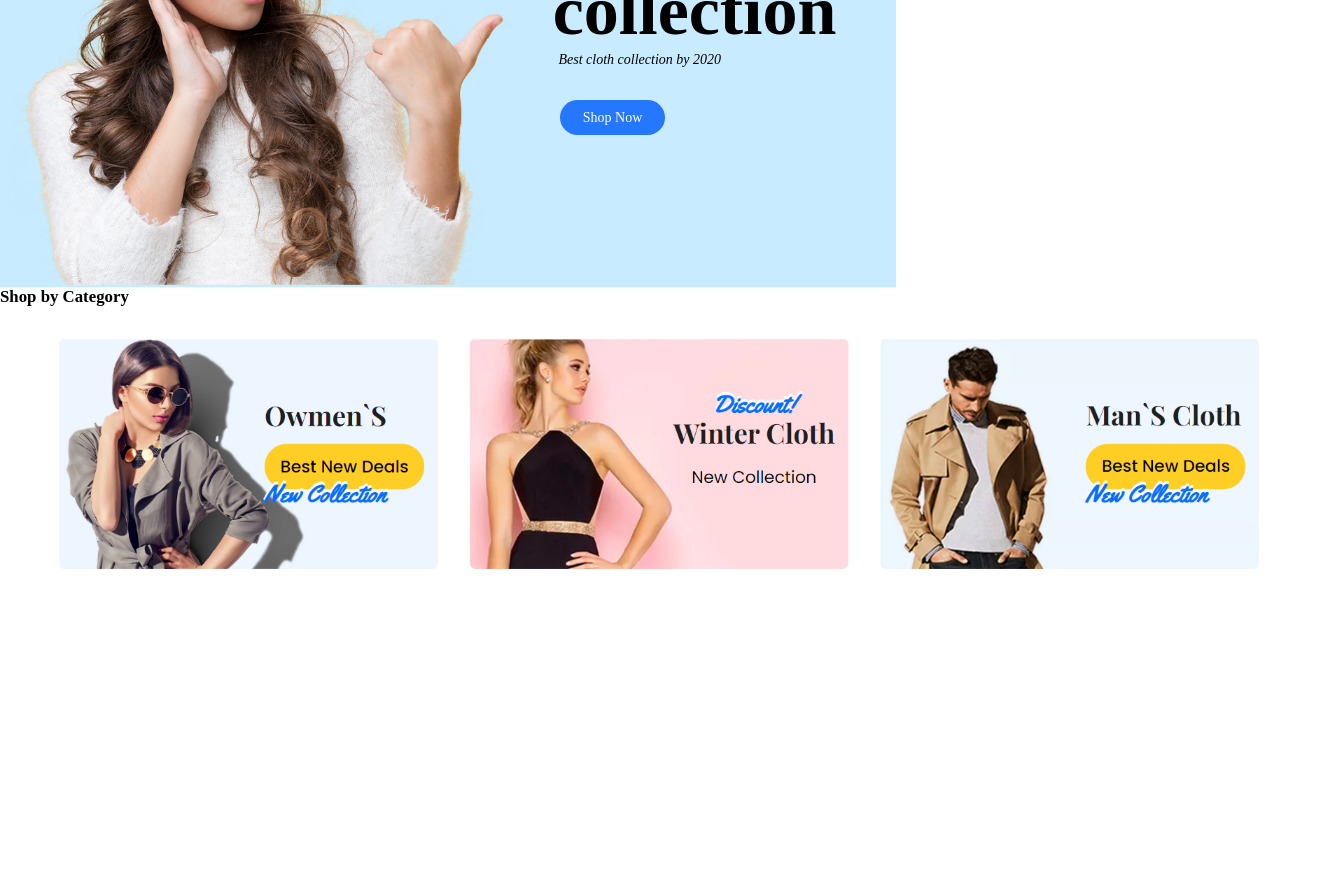
Repository: nhutduy0803/template1
Page: index.html
The author's editor kept a copy of each file at every save. The page is drawn from the files as they stood at one save, then again after the next save.
The browser window is 1280 px wide. The page is 1881 px wide, then 1280 px, so the pictures cover 1881 px, including what lies to the right of the window. The pictures show the part of the page from y = 457 to 1737 px (the page is 3868 px tall), at 70% of full size.

Above is the page before, as saved 2021-12-03 20:07:23.

### index.html
<!DOCTYPE html>
<html lang="en">
  <head>
    <meta charset="UTF-8" />
    <meta http-equiv="X-UA-Compatible" content="IE=edge" />
    <meta name="viewport" content="width=device-width, initial-scale=1.0" />
    <title>TEMPLATE</title>
    <link rel="stylesheet" href="./assets/css/style.css" />
    <link
      rel="stylesheet"
      href="./assets/css/font/fontawesome-free-5.15.4-web/css/all.min.css"
    />
  </head>
  <body>
    <script src="./index.js"></script>
    <div class="header">
      <img class="logo" src="./assets/css/img/logo.webp" alt="" />
      <ul>
        <li>Home</li>
        <li>Catagori</li>
        <li>
          <p>Hot</p>
          Latest
          <ul class="sub-nav">
            <span>Produce list</span>
            <span>Produce Detail</span>
          </ul>
        </li>
        <li>
          Blog
          <ul class="sub-nav2">
            <span>Blog</span>
            <span>Blog Details</span>
          </ul>
        </li>
        <li>
          Pages
          <ul class="sub-nav3">
            <span>Login</span>
            <span>Card</span>
            <span>Element</span>
            <span>About</span>
            <span>Confirtmation</span>
            <span>Shopping Card</span>
            <span>Produce checkout</span>
          </ul>
        </li>
        <li>Contact</li>
      </ul>
      <div class="search">
        <input type="text" placeholder="search product" />
        <i class="fas fa-search"></i>
      </div>
      <div class="icon-header">
        <i class="far fa-heart"></i>
        <i class="fas fa-shopping-cart"></i>
      </div>
      <div class="sign">Sign In</div>
    </div>
    <div class="slide">
      <h3>60% Discount</h3>
      <h2>
        Winter<br />
        collection
      </h2>
      <p>Best cloth collection by 2020</p>
      <div class="shop-now">Shop Now</div>
      <img src="./assets/css/img/slider.webp" alt="" />
    </div>
    <div class="content">
      <h2>Shop by Category</h2>
      <div class="img-content">
        <img src="./assets/css/img/content.png" alt="" />
      </div>
    </div>
  </body>
</html>

### assets/css/style.css
* {
  margin: 0;
  padding: 0;
  box-sizing: border-box;
}

html {
  scroll-behavior: smooth;
}

.header {
  width: 100%;
  height: 100px;
  background-color: #fff;
}

.slide {
  width: 100%;
  height: 100%;
  background: #c8ebff;
}

.slide h3 {
  position: absolute;
  right: 250px;
  top: 250px;
  font-family: "Yellowtail", "cursive";
  color: #2577fd;
  font-size: 40px;
}

.slide h2 {
  position: absolute;
  right: 85px;
  top: 300px;
  font-size: 100px;
}

.slide p {
  font-family: "Playfair Display", serif;
  font-style: italic;
  font-size: 20px;
  position: absolute;
  right: 250px;
  top: 530px;
}

.shop-now {
  border-radius: 30px;
  display: flex;
  justify-content: center;
  align-items: center;
  position: absolute;
  right: 330px;
  top: 600px;
  color: #fff;
  font-size: 20px;
  width: 150px;
  height: 50px;
  background: #2577fd;
}

.shop-now::before {
  position: absolute;
  left: 0px;
  top: 0px;
  border-radius: 20px;
  opacity: 0.4;
  content: " ";
  width: 0px;
  height: 50px;
  background: #00b1ff;
  transition: 0.5s;
}

.shop-now:hover::before {
  width: 150px;
  transition: 0.5s;
  border-radius: 20px;
}

.logo {
  margin-left: 20px;
  margin-top: 40px;
  display: inline-block;
}

.header ul {
  margin-top: -45px;
  margin-left: 280px;
}

.header li:nth-child(3) {
  position: relative;
}

.header li:nth-child(4) {
  position: relative;
  margin-left: 0px;
}

.header li:nth-child(5) {
  position: relative;
}

.header li:nth-child(3) p {
  width: 40px;
  background: #dc3545;
  display: flex;
  justify-content: center;
  align-items: center;
  color: #fff;
  padding: 0 7px;
  margin-left: 30px;
  border-radius: 10px;
  height: auto;
}

.header ul li {
  font-size: 18px;
  margin-left: 30px;
  display: inline-block;
  font-weight: 500;
}
.header ul li:hover {
  transition: 0.3s;
  color: #dc3545;
}

.header {
  z-index: 10;
}

.sub-nav span {
  margin-left: 15px;
  margin-top: 15px;
  display: block;
  color: #000;
}

.sub-nav2 span {
  margin-left: 15px;
  margin-top: 15px;
  display: block;
  color: #000;
}
.sub-nav3 span {
  margin-left: 15px;
  margin-top: 15px;
  display: block;
  color: #000;
}

.sub-nav span:hover {
  color: #dc3545;
}

.sub-nav2 span:hover {
  color: #dc3545;
}

.sub-nav3 span:hover {
  color: #dc3545;
}

.sub-nav {
  border-top: 5px solid #dc3545;
  position: absolute;
  top: 70px;
  left: -300px;
  background: #fff;
  width: 150px;
  height: 100px;
  opacity: 0;
  transition: 0.3s;
}

.sub-nav2 {
  border-top: 5px solid #dc3545;
  position: absolute;
  top: 70px;
  left: -300px;
  background: #fff;
  width: 150px;
  height: 100px;
  opacity: 0;
  transition: 0.3s;
}

.sub-nav3 {
  border-top: 5px solid #dc3545;
  position: absolute;
  top: 70px;
  left: -300px;
  background: #fff;
  width: 180px;
  height: 280px;
  opacity: 0;
  transition: 0.3s;
  z-index: 10;
}

.header li:nth-child(3):hover .sub-nav {
  position: absolute;
  top: 130px;
  transition: 0.3s;
  opacity: 1;
}

.header li:nth-child(4):hover .sub-nav2 {
  position: absolute;
  top: 110px;

  transition: 0.3s;
  opacity: 1;
}

.header li:nth-child(5):hover .sub-nav3 {
  position: absolute;
  top: 110px;

  transition: 0.3s;
  opacity: 1;
}

.search input {
  width: 150px;
  margin-left: 850px;
  position: absolute;
  top: 30px;
  border-radius: 20px;
  border: 1px solid #000;
  height: 45px;
  padding-left: 20px;
}

.search .fa-search {
  position: absolute;
  margin-left: 970px;
  top: 45px;
}

.icon-header {
  /* position: absolute;
  right: 150px;
} */
}
.icon-header .fa-heart {
  position: absolute;
  top: 27.5px;
  right: 200px;
  width: 50px;
  display: flex;
  justify-content: center;
  align-items: center;
  border: 1px solid #ccc;
  height: 50px;
  border-radius: 50%;
  font-size: 17px;
}

.icon-header .fa-shopping-cart {
  position: absolute;
  top: 27.5px;
  right: 130px;
  width: 50px;
  display: flex;
  justify-content: center;
  align-items: center;
  border: 1px solid #ccc;
  height: 50px;
  border-radius: 50%;
  font-size: 17px;
}

.sign {
  position: absolute;
  right: 10px;
  top: 27.5px;
  width: 110px;
  height: 45px;
  background: #2577fd;
  border-radius: 20px;
  display: flex;
  justify-content: center;
  align-items: center;
  color: #fff;
  font-size: 18px;
}

.content {
  width: 100%;
  height: 3000px;
  background-color: #fff;
}

### index.js
function openheader() {
  var openheader = document.querySelector(".sub-nav");
  openheader.classList.toggle("opensubnav");
}

Loaded but not shown: assets/css/font/fontawesome-free-5.15.4-web/css/all.min.css (library)

After the next save:
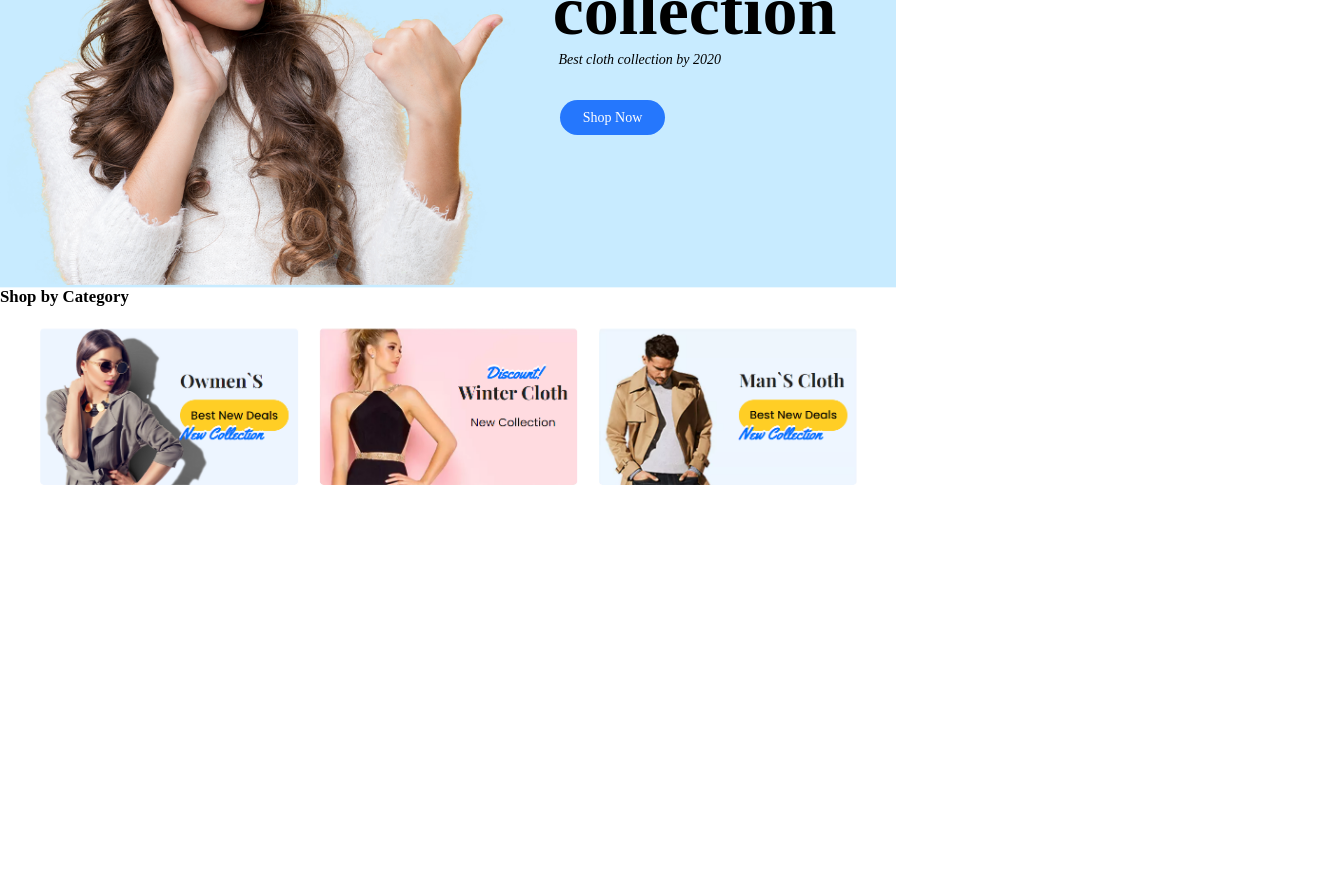
Saved 28 s later.
--- a/assets/css/style.css
+++ b/assets/css/style.css
@@ -293,3 +293,13 @@ html {
   height: 3000px;
   background-color: #fff;
 }
+
+.img-content {
+  width: 100%;
+  height: auto;
+}
+
+.img-content img {
+  width: 100%;
+  height: 100%;
+}
